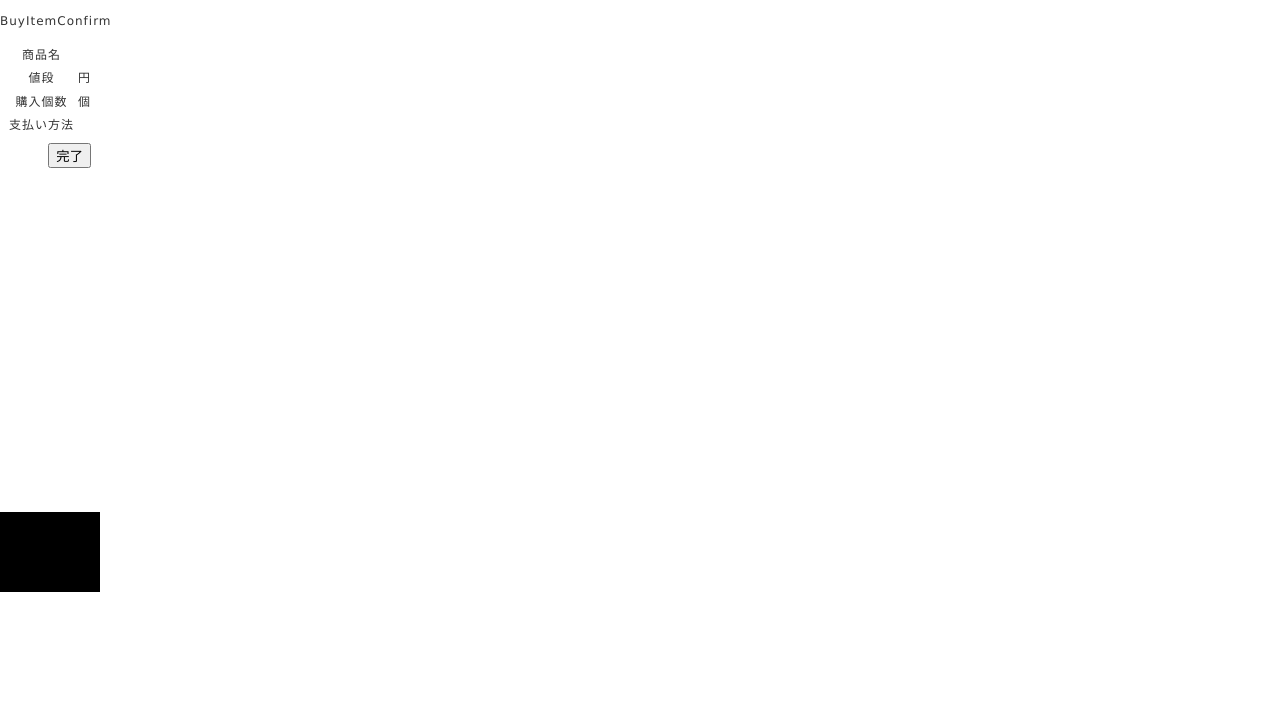
Repository: hiroki811/test
Page: http://localhost/template/buyitemConfirm.jsp
These files come from the project's save history. The page is drawn as it stood at one moment and after the next save; the edit follows.
The browser window is 1280 px wide. The pictures show the whole page.
The page is served by Tomcat 9.

Above is the page before, as saved 2018-04-19 07:22:02.

After the next save:
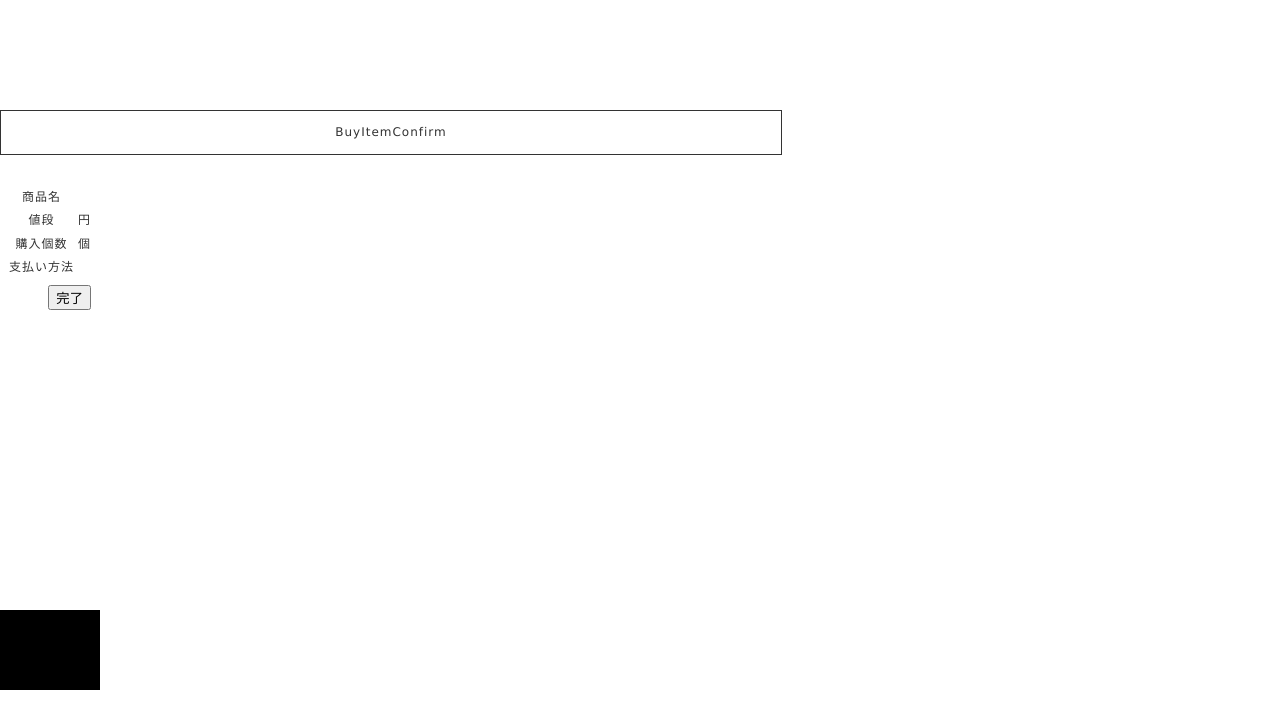
Saved 8 min 6 s later.
--- a/template/WebContent/buyitemConfirm.jsp
+++ b/template/WebContent/buyitemConfirm.jsp
@@ -32,6 +32,7 @@
     margin:0 auto;
     }
     /*=========================ID LAYOUT==========================*/
+    #top{
     width:780px;
     margin:30px auto;
     border:1px solid #333;
